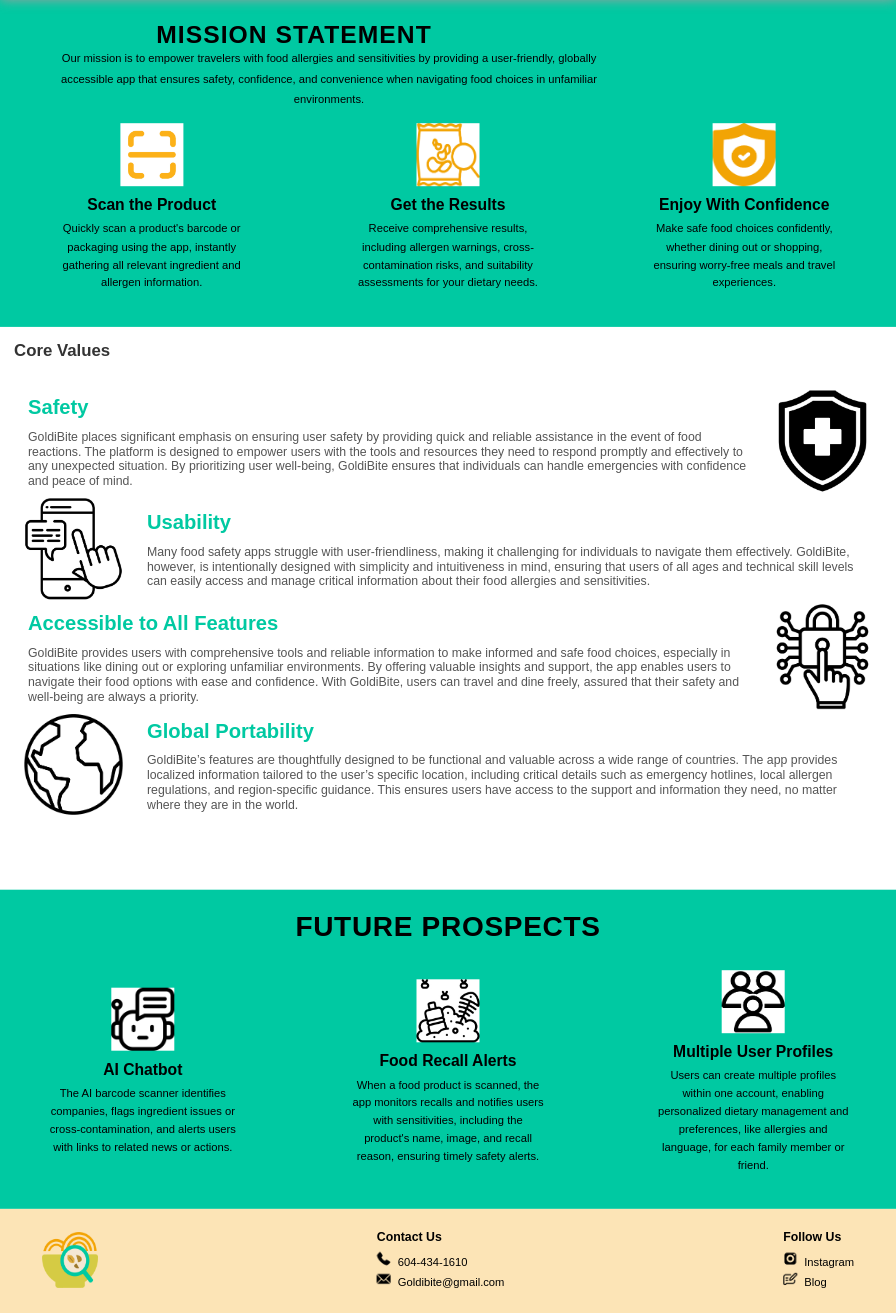
Repository: GavinPahal/landingpage
Page: /
An editor plug-in stored every save of this project. The page is shown before and after the next save, followed by the edit.
The browser window is 1280 px wide. The pictures show the part of the page from y = 720 to 2596 px (the page is 2596 px tall), at 70% of full size.
The project was rebuilt for these pictures with package versions that can differ from the ones it lists, and the page was loaded fresh each time. The framework's server and built-in components were replaced by stand-ins that run in the browser. Also part of the build but not shown: next.config.mjs.

Above is the page before, as saved 2024-11-30 20:43:17.

### pages/_app.js
// pages/_app.js
import "@/styles/globals.css"; // Import the global CSS file

function MyApp({ Component, pageProps }) {
  return <Component {...pageProps} />;
}

export default MyApp;

### pages/index.js
// pages/index.js
import Hero from "../components/Hero";
import Features from "../components/Features";
import Footer from "../components/Footer";
import Product from "../components/Product"
import Value from "../components/Value"

export default function Home() {
  return (
    <div>
      <Hero />
      <Features />
      <Value />
      <Product />
      <Footer />
    </div>
  );
}

### styles/globals.css
/* Global Styles */
* {
  margin: 0;
  padding: 0;
  box-sizing: border-box;
}

body {
  font-family: Arial, sans-serif;
  color: #333;
  overflow-x: hidden; /* Prevent horizontal overflow */
}

/* Hero Section */
.hero {
  display: flex;
  position: relative;
  height: 100vh;
  width: 100%;
  background-color: #2d2d2d;
}

.imageWrapper {
  position: relative;
  width: 100%;
  height: 100%;
}

.imageContainer {
  position: absolute;
  top: 0;
  left: 0;
  width: 100%;
  height: 100%;
  filter: blur(8px);
  object-fit: cover;
}

.overlay {
  position: absolute;
  top: 0;
  left: 0;
  width: 100%;
  height: 100%;
  background: rgba(0, 0, 0, 0.7);
  color: white;
  display: flex;
  flex-direction: column;
  justify-content: center;
  align-items: flex-start;
  padding: 60px 40px;
  text-align: left;
  z-index: 1;
}

.heroTitle {
  display: flex;
  align-items: center;
  margin-bottom: 40px;
}

.heroTitle img {
  margin-right: 20px;
  margin-top: 20px;
}

.heroTitle h1 {
  font-size: 2rem;
  font-weight: bold;
  color: #ffffff;
  text-transform: uppercase;
}

/* Tagline Styles */
.tagline {
  font-size: 5rem;
  font-weight: bold;
  margin-bottom: 0;
  color: #ffffff;
  text-shadow: 3px 3px 5px rgba(0, 0, 0, 0.8);
  line-height: 1.1;
  letter-spacing: 1.5px;
  display: block;
  max-width: 100%;
}

.bestNature,
.appEver {
  display: block;
  font-size: 3rem;
}

/* Subhead Lines */
.subTagline {
  font-size: 1.3rem;
  margin-top: 20px;
  margin-bottom: 40px;
  line-height: 1.6;
  max-width: 600px;
  color: white;
  text-align: center;
}

/* Individual Subhead Classes */
.demoText {
  font-size: 1.4rem;
  color: #ffffff;
  font-weight: 600;
  margin-bottom: 10px;
  display: block;
}

.natureText {
  font-size: 1.2rem;
  color: #ffffff;
  margin-top: 10px;
  font-weight: 400;
  display: block;
  letter-spacing: 0.5px;
  font-style: italic;
  margin-left: 0px;
}

/* CTA Button */
.ctaButton {
  background-color: #00C9A2;
  color: #ffffff;
  padding: 15px 40px;
  font-size: 1.4rem;
  border: none;
  border-radius: 50px;
  margin-top: 60px;
  cursor: pointer;
  transition: background-color 0.3s, transform 0.3s;
  text-decoration: none;
  box-shadow: 0 4px 6px rgba(0, 0, 0, 0.15);
}

.ctaButton:hover {
  background-color: #035343;
  transform: scale(1.05);
}

.ctaButton:focus {
  outline: none;
}

.rightImageWrapper {
  position: absolute;
  left: 62%;
  bottom: 0;
  width: 400px;
  z-index: 2;
  margin-top: 100px;
}

.rightImageContainer img {
  width: 100%;
  border-radius: 8px;
  object-fit: cover;
}

/* Mission Statement Section */
.missionStatement {
  color: rgb(0, 0, 0);
  text-align: center;
  border-radius: 10px;
  max-width: 900px;
}

.missionStatement h1 {
  font-size: 2.2rem;
  margin-right: 100px;
  font-weight: bold;
  text-transform: uppercase;
  letter-spacing: 1.5px;
}

.missionStatement p {
  font-size: 1rem;
  line-height: 1.8;
  color: #000000;
  max-width: 800px;
  margin: 0 auto;
}

/* Features Section */
.features {
  padding: 30px 20px;
  text-align: center;
  background-color: #00C9A2;
}

.features h2 {
  font-size: 2.5rem;
  font-weight: bold;
  color: #000000;
  margin-bottom: 20px;
  text-transform: uppercase;
  letter-spacing: 1px;
}

.infoCards {
  display: flex;
  flex-wrap: wrap;
  justify-content: space-around;
  gap: 30px;
}

.card {
  text-align: center;
  margin: 0 auto;
  padding: 20px;
}

.card img {
  margin-bottom: 10px;
  width: 90px;
  height: 90px;
  transition: transform 0.3s;
}

.card img:hover {
  transform: scale(1.1);
}

.card h3 {
  font-size: 1.4rem;
  font-weight: 600;
  color: #000000;
  margin-bottom: 8px;
}

.card p {
  font-size: 1rem;
  line-height: 1.6;
  color: #000000;
  max-width: 280px;
  margin: 0 auto;
}

/* Footer Section */
.footer {
  background: #FCE4B6;
  color: rgb(0, 0, 0);
  padding: 30px 20px;
}

.footer-content {
  display: flex;
  justify-content: space-between;
  align-items: center;
  max-width: 1200px;
  margin: 0 auto;
  padding: 0 20px;
}

.footer-contact,
.footer-social {
  text-align: left;
}

.footer-contact h3,
.footer-social h3 {
  font-size: 1.1rem;
  margin-bottom: 10px;
}

.footer-contact p,
.footer-social p {
  font-size: 1rem;
  margin: 5px 0;
}

.footer-contact p a,
.footer-social p a {
  text-decoration: none;
  color: black;
}

.contact-icon,
.social-icon {
  margin-right: 10px;
}

/* Core Values Section */
.coreValues {
  display: flex;
  flex-direction: column;
  gap: 40px; /* Adjusted gap between value cards */
  padding: 20px;
  margin-bottom: 80px;
}

.valueCard {
  display: flex;
  flex-wrap: wrap;
  justify-content: space-between;
  align-items: center;
  gap: 20px;
  margin-bottom: 60px; /* Adjusted margin-bottom */
}

.textContent {
  flex: 1;
  padding: 10px;
}

.textContent h3 {
  color: #00C9A2;
  font-size: 1.8rem;
  margin-bottom: 15px;
}

.textContent p {
  font-size: 1.1rem;
  color: #555;
}

.imageContent img {
  max-width: 220px;
}

/* Responsive Design */
@media (max-width: 1024px) {
  .hero {
    flex-direction: column;
  }

  .imageWrapper {
    width: 100%;
    height: 60%; /* Adjust for smaller screens */
  }

  .overlay {
    padding: 40px 30px;
  }

  .heroTitle h1 {
    font-size: 1.8rem;
  }

  .tagline {
    font-size: 4.5rem;
  }

  .subTagline {
    font-size: 1.2rem;
  }

  .ctaButton {
    font-size: 1.2rem;
    padding: 12px 30px;
  }

  .rightImageWrapper {
    position: absolute;
    left: 50%;
    bottom: 10%;
    width: 70%;
    margin-top: 0;
    transform: translateX(-50%);
  }

  .missionStatement {
    padding: 30px 15px;
  }

  .features h2 {
    font-size: 2.2rem;
  }

  .infoCards {
    flex-direction: column;
    gap: 20px;
  }

  .card img {
    width: 80px;
    height: 80px;
  }

  .coreValues {
    padding: 20px;
  }

  .valueCard {
    flex-direction: column;
  }

  .textContent h3 {
    font-size: 1.6rem;
  }

  .textContent p {
    font-size: 1rem;
  }
}

@media (max-width: 430px) {
  .heroTitle h1 {
    font-size: 1.4rem;
  }

  .tagline {
    font-size: 3rem;
  }

  .ctaButton {
    font-size: 1rem;
    padding: 10px 20px;
  }

  .rightImageWrapper {
    width: 80%;
  }

  .missionStatement {
    padding: 20px;
  }

  .features h2 {
    font-size: 1.8rem;
  }

  .infoCards {
    flex-direction: column;
    gap: 10px;
  }

  .card img {
    width: 70px;
    height: 70px;
  }

  .footer-content {
    flex-direction: column;
    align-items: center;
  }

  .coreValues .valueCard {
    flex-direction: column;
  }

  .textContent h3 {
    font-size: 1.4rem;
  }

  .textContent p {
    font-size: 1rem;
  }
}

### components/Hero.js
import Image from "next/image";

export default function Hero() {
  return (
    <section className="hero">
      <div className="imageWrapper">
        <div className="imageContainer">
          <Image
            src="/images/grocey.jpg"
            alt="Nature Image"
            layout="fill"
            objectFit="cover"
          />
        </div>
        <div className="overlay">
          <div className="heroTitle">
            <Image
              src="/images/logo.webp"
              alt="Goldibite Logo"
              width={50}
              height={50}
            />
            <h1>Goldibite</h1>
          </div>
          <p className="tagline">
            <span className="bestNature">YOUR BUDDY FOR</span>
            <span className="appEver">FOOD SAFETY</span>
          </p>
          <p className="subTagline">
            <span className="demoText">Get a demo and try our new app.</span>
            <span className="natureText">The Right Bite, Every Time</span>
          </p>
          <a href="#demo" className="ctaButton">
            TRY DEMO
          </a>
        </div>
      </div>

      <div className="rightImageWrapper">
        <div className="rightImageContainer">
          <Image
            src="/images/phone.png"
            alt="New Image"
            layout="intrinsic"
            width={500}
            height={500}
          />
        </div>
      </div>
    </section>
  );
}

### components/Features.js
import Image from "next/image";

export default function Features() {
  return (
    <section className="features">
      {/* Mission Statement Section */}
      <section class="missionStatement">
  <h1>Mission Statement</h1>
  <p>
    Our mission is to empower travelers with food allergies and sensitivities by providing a user-friendly, globally accessible app that ensures safety, confidence, and convenience when navigating food choices in unfamiliar environments.
  </p>
</section>


      <div className="infoCards">
        {/* Feature 1 */}
        <div className="card">
          <div className="iconWrapper">
            <Image
              src="/images/iconamoon_scanner (1).jpg"
              alt="Feature 1"
              width={120}
              height={120}
            />
          </div>
          <h3>Scan the Product</h3>
          <p>
            Quickly scan a product's barcode or packaging using the app, instantly gathering all relevant ingredient and allergen information.
          </p>
        </div>
        {/* Feature 2 */}
        <div className="card">
          <div className="iconWrapper">
            <Image
              src="/images/magnifying.jpg"
              alt="Feature 2"
              width={120}
              height={120}
            />
          </div>
          <h3>Get the Results</h3>
          <p>
            Receive comprehensive results, including allergen warnings, cross-contamination risks, and suitability assessments for your dietary needs.
          </p>
        </div>
        {/* Feature 3 */}
        <div className="card">
          <div className="iconWrapper">
            <Image
              src="/images/Confident.jpg"
              alt="Feature 3"
              width={120}
              height={120}
            />
          </div>
          <h3>Enjoy With Confidence</h3>
          <p>
            Make safe food choices confidently, whether dining out or shopping, ensuring worry-free meals and travel experiences.
          </p>
        </div>
      </div>
    </section>
  );
}

### components/Footer.js
import React from "react";
import Image from "next/image";

export default function Footer() {
  return (
    <footer className="footer">
      <div className="footer-content">
        <div className="footer-logo">
          <a href="#" aria-label="Goldibite Home">
            <Image
              src="/images/logo.webp"
              alt="Goldibite Logo"
              width={80}
              height={80}
            />
          </a>
        </div>
        <div className="footer-contact">
          <h3>Contact Us</h3>
          <p>
            <a href="tel:6044341610" aria-label="Call Goldibite">
              <Image
                src="/images/phone-call.png"
                alt="Phone Icon"
                width={20}
                height={20}
                className="contact-icon"
              />
              604-434-1610
            </a>
          </p>
          <p>
            <a href="mailto:Goldibite@gmail.com" aria-label="Email Goldibite">
              <Image
                src="/images/email.png"
                alt="Email Icon"
                width={20}
                height={20}
                className="contact-icon"
              />
              Goldibite@gmail.com
            </a>
          </p>
        </div>
        <div className="footer-social">
          <h3>Follow Us</h3>
          <p>
            <a
              href="https://www.instagram.com"
              target="_blank"
              rel="noopener noreferrer"
              aria-label="Goldibite Instagram"
            >
              <Image
                src="/images/social-media.png"
                alt="Instagram Icon"
                width={20}
                height={20}
                className="social-icon"
              />
              Instagram
            </a>
          </p>
          <p>
            <a href="/blog" aria-label="Goldibite Blog">
              <Image
                src="/images/blog.png"
                alt="Blog Icon"
                width={20}
                height={20}
                className="social-icon"
              />
              Blog
            </a>
          </p>
        </div>
      </div>
    </footer>
  );
}

### components/Product.js
import Image from "next/image";

export default function Features() {
  return (
    <section className="features">
      <h2>Future Prospects</h2>
      <div
        className="infoCards"
        style={{ gap: "20px", display: "flex", alignItems: "center" }}
      >
        <div className="card" style={{ margin: "0 10px" }}>
          <Image
            src="/images/chatbot.jpg"
            alt="Feature 1"
            width={125}
            height={125}
          />
          <h3>AI Chatbot</h3>
          <p>
            The AI barcode scanner identifies companies, flags ingredient issues
            or cross-contamination, and alerts users with links to related news
            or actions.
          </p>
        </div>

        {/* Arrow */}
        <div className="arrow"></div>

        <div className="card" style={{ margin: "0 10px" }}>
          <Image
            src="/images/trash.jpg"
            alt="Feature 2"
            width={125}
            height={125}
          />
          <h3>Food Recall Alerts</h3>
          <p>
            When a food product is scanned, the app monitors recalls and
            notifies users with sensitivities, including the product's name,
            image, and recall reason, ensuring timely safety alerts.
          </p>
        </div>

        {/* Arrow */}
        <div className="arrow"></div>

        <div className="card" style={{ margin: "0 10px" }}>
          <Image
            src="/images/profile 1.jpg"
            alt="Feature 3"
            width={125}
            height={125}
          />
          <h3>Multiple User Profiles</h3>
          <p>
            Users can create multiple profiles within one account, enabling
            personalized dietary management and preferences, like allergies and
            language, for each family member or friend.
          </p>
        </div>
      </div>
    </section>
  );
}

### components/Value.js
import Image from "next/image";

export default function Features() {
  return (
    <section className="coreValues">
      <div className="coreMission">
        <h1>Core Values</h1>
      </div>

      <div className="valueCards">
        <div className="valueCard" style={{ margin: "0 10px" }}>
          <div className="textContent">
            <h3>Safety</h3>
            <p>
              GoldiBite places significant emphasis on ensuring user safety by providing quick and reliable assistance in the event of food reactions. The platform is designed to empower users with the tools and resources they need to respond promptly and effectively to any unexpected situation. By prioritizing user well-being, GoldiBite ensures that individuals can handle emergencies with confidence and peace of mind.
            </p>
          </div>
          <div className="imageContent">
            <Image
              src="/images/health-insurance.jpg"
              alt="Feature 1"
              width={150}
              height={150}
            />
          </div>
        </div>

        {/* Usability */}
        <div className="valueCard reverseCard" style={{ margin: "0 10px" }}>
          <div className="imageContent">
            <Image
              src="/images/smartphone 1.jpg"
              alt="Feature 2"
              width={150}
              height={150}
            />
          </div>
          <div className="textContent">
            <h3>Usability</h3>
            <p>
              Many food safety apps struggle with user-friendliness, making it challenging for individuals to navigate them effectively. GoldiBite, however, is intentionally designed with simplicity and intuitiveness in mind, ensuring that users of all ages and technical skill levels can easily access and manage critical information about their food allergies and sensitivities.
            </p>
          </div>
        </div>

        {/* Accessible Features */}
        <div className="valueCard" style={{ margin: "0 10px" }}>
          <div className="textContent">
            <h3>Accessible to All Features</h3>
            <p>
              GoldiBite provides users with comprehensive tools and reliable information to make informed and safe food choices, especially in situations like dining out or exploring unfamiliar environments. By offering valuable insights and support, the app enables users to navigate their food options with ease and confidence. With GoldiBite, users can travel and dine freely, assured that their safety and well-being are always a priority.
            </p>
          </div>
          <div className="imageContent">
            <Image
              src="/images/access-control.jpg"
              alt="Feature 3"
              width={150}
              height={150}
            />
          </div>
        </div>

        {/* Global Portability */}
        <div className="valueCard reverseCard" style={{ margin: "0 10px" }}>
          <div className="imageContent">
            <Image
              src="/images/global.jpg"
              alt="Feature 4"
              width={150}
              height={150}
            />
          </div>
          <div className="textContent">
            <h3>Global Portability</h3>
            <p>
              GoldiBite’s features are thoughtfully designed to be functional and valuable across a wide range of countries. The app provides localized information tailored to the user’s specific location, including critical details such as emergency hotlines, local allergen regulations, and region-specific guidance. This ensures users have access to the support and information they need, no matter where they are in the world.
            </p>
          </div>
        </div>
      </div>
    </section>
  );
}

Loaded but not shown: pages/_document.js (common file)

After the next save:
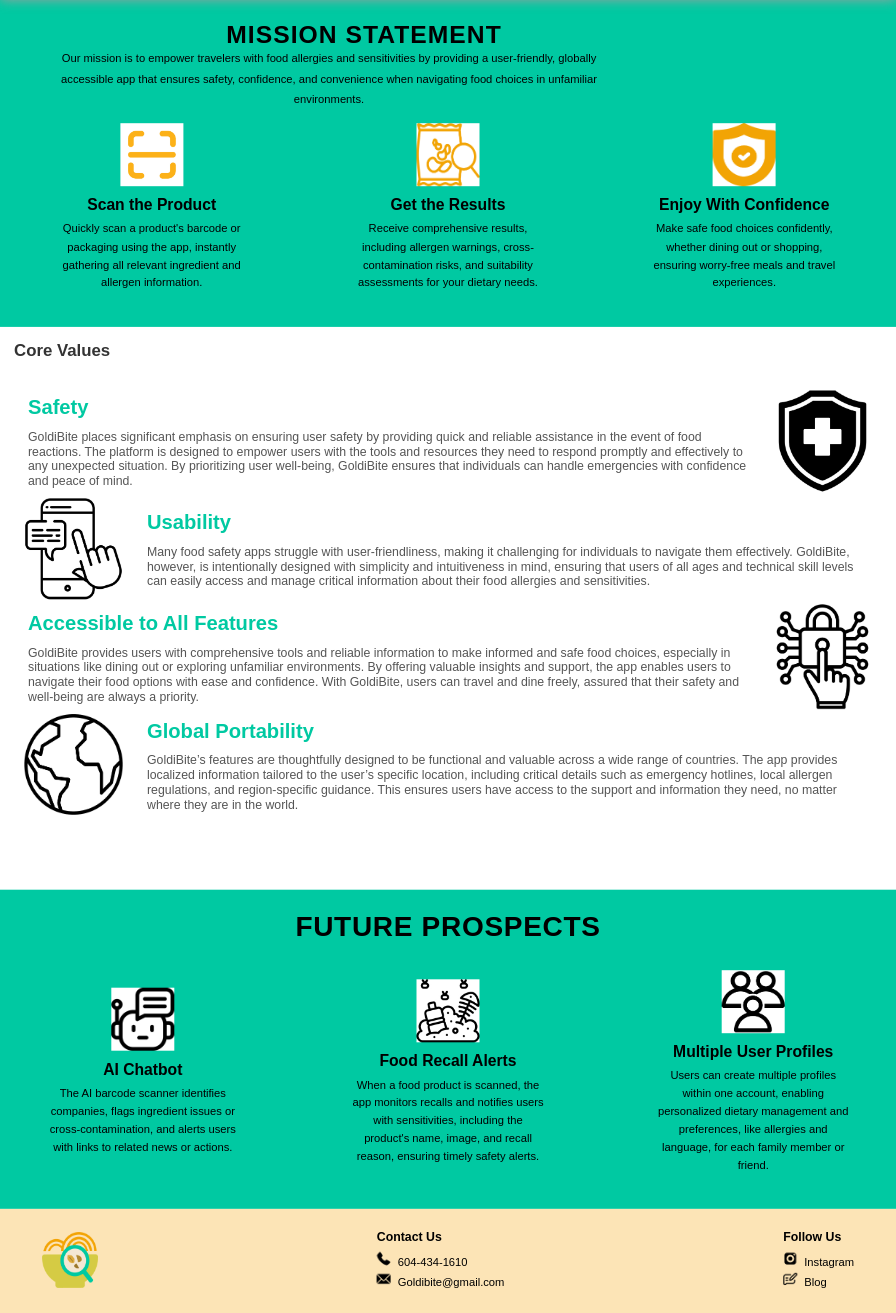
Saved 7 s later.
--- a/styles/globals.css
+++ b/styles/globals.css
@@ -170,7 +170,7 @@
 
 .missionStatement h1 {
   font-size: 2.2rem;
-  margin-right: 100px;
+  margin-left: 100px;
   font-weight: bold;
   text-transform: uppercase;
   letter-spacing: 1.5px;
